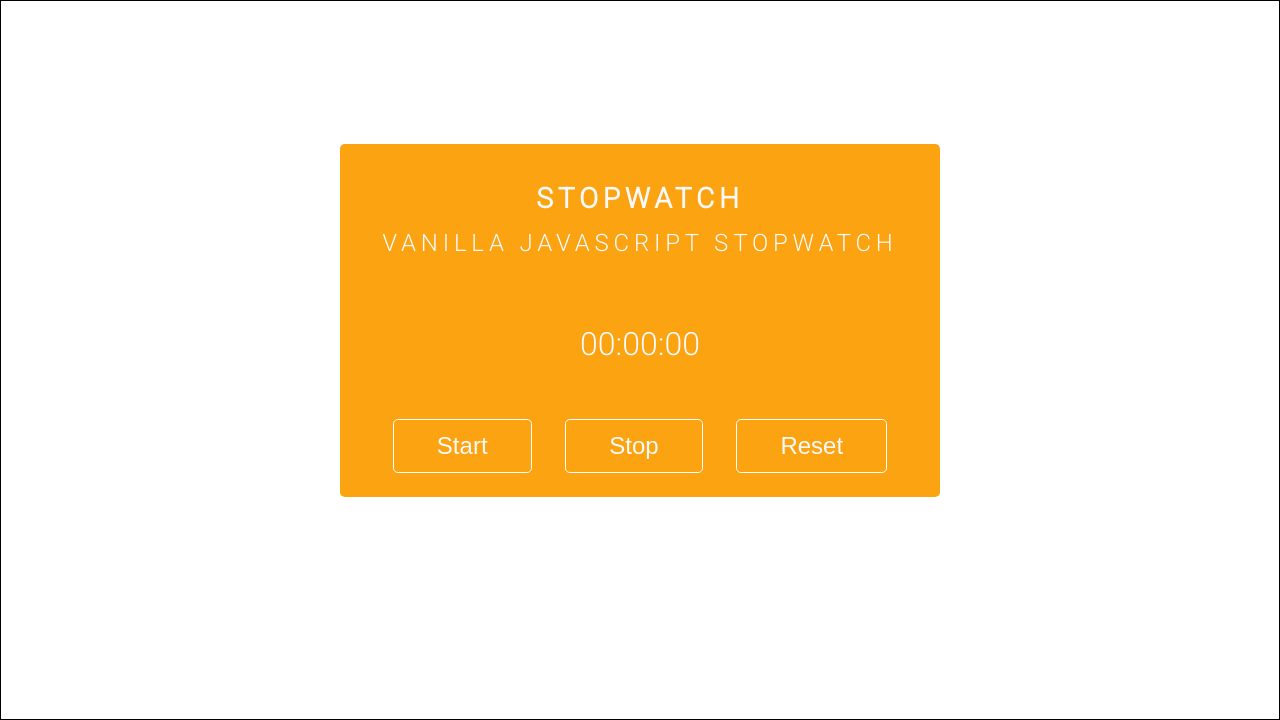
Repository: siaxiong/siaxiong.github.io
Page: doc/stopWatch.html
These files come from the project's save history. The page is drawn as it stood at one moment and after the next save; the edit follows.
The browser window is 1280 px wide. The pictures show the whole page.

Above is the page before, as saved 2021-03-10 21:20:22.

### doc/stopWatch.html
<!DOCTYPE html>
<html lang="en">

<head>
    <meta charset="UTF-8">
    <meta http-equiv="X-UA-Compatible" content="IE=edge">
    <meta name="viewport" content="width=device-width, initial-scale=1.0">
    <link rel="preconnect" href="https://fonts.gstatic.com">
    <link href="https://fonts.googleapis.com/css2?family=Roboto:wght@300&display=swap" rel="stylesheet">
    <title>StopWatch</title>
</head>

<style>
    * {
        box-sizing: border-box;
        padding: 0;
        margin: 0;
    }


    .container {
        border: 1px solid black;
        height: 100vh;
    }

    .stopwatch {
        margin: 0 auto;
        max-width: 600px;
        width: 100%;

        color: #f8f9fa;
        font-family: 'Roboto', sans-serif;
        text-align: center;

        font-size: 1.5rem;
        border-radius: 0.2em;

    }

    .stopwatch--orange {
        background-color: #fca311;

    }

    .stopwatch__message,
    .stopwatch__time,
    .stopwatch__buttons {
        padding: 1em 1.5em;
        /* margin: 1em 0; */
        /* border: 1px solid yellow; */
    }

    .stopwatch__message {
        overflow-wrap: break-word;
        letter-spacing: 0.2em;
        /* font-size: 1.5rem; */
    }

    .stopwatch__message>* {
        margin: 0.5em 0;

    }

    .stopwatch__buttons {
        display: flex;
        justify-content: space-around;
        flex-wrap: wrap;
    }



    .stopwatch__time {
        overflow-wrap: break-word;
        font-size: 2rem;
    }

    .stopwatch__buttons>* {
        border: 1px solid #fff;
        border-radius: 0.2em;
        padding: 0.5em 1.8em;
        font-size: inherit;
        color: inherit;
        background-color: inherit;

    }

    .stopwatch--position {
        position: absolute;
        top: 20%;
        left: 50%;
        transform: translateX(-50%);

    }

    @media only screen and (max-width: 700px) {
        .stopwatch {
            max-width: 90%;
        }
    }

    @media only screen and (max-width:500px) {
        .stopwatch__buttons>* {
            flex: 1;
        }
    }
</style>

<body>

    <!-----USE BEM METHODOLOGY-->
    <div class="container">

        <div class="stopwatch stopwatch--orange stopwatch--medium stopwatch--position">
            <div class="stopwatch__message">
                <h3>STOPWATCH</h3>
                <p>VANILLA JAVASCRIPT STOPWATCH</p>
            </div>

            <div id="stopwatch__time" class="stopwatch__time">
                00:00:00

            </div>

            <div class="stopwatch__buttons">
                <button id="stopwatch__button--start" class="stopwatch__button">
                    Start
                </button>
                <button id="stopwatch__button--stop" class="stopwatch__button">
                    Stop
                </button>
                <button id="stopwatch__button--reset"class="stopwatch__button">
                    Reset
                </button>
            </div>

        </div>

    </div>

    <script>

        let startButton = document.getElementById('stopwatch__button--start');
        let stopButton = document.getElementById('stopwatch__button--stop');
        let resetButton = document.getElementById('stopwatch__button--reset');

        let startTime;
        let elapsedTime = 0;
        let timerInterval;

        startButton.addEventListener("click", start);
        stopButton.addEventListener("click", stop);
        resetButton.addEventListener("click", reset);



        function start(){
            startTime = Date.now() - elapsedTime;
            timerInterval = setInterval(function printTime(){
                elapsedTime = Date.now() - startTime;
                print(timeToString(elapsedTime));
            }, 10)
        }

        function stop(){
            clearInterval(timerInterval);
        }

        function reset(){
            clearInterval(timerInterval);
            print("00:00:00");
            elapsedTime = 0;
        }

        function print(txt){
            document.getElementById("stopwatch__time").innerHTML = txt;
        }

        function timeToString(time) {

            let diffInHrs = time / 3600000;
            let hh = Math.floor(diffInHrs)

            let diffInMin = (diffInHrs - hh) * 60;
            let mm = Math.floor(diffInMin)

            let diffInSec = (diffInMin - mm) * 60;
            let ss = Math.floor(diffInSec);

            let DiffInMs = (diffInSec - ss) * 100;
            let ms = Math.floor(DiffInMs);


            let formattedMM = mm.toString().padStart(2, "0");
            let formattedSS = ss.toString().padStart(2, "0");
            let formattedMS = ms.toString().padStart(2, "0");


            return `${formattedMM}:${formattedSS}:${formattedMS}`;
        }




    </script>


</body>

</html>

After the next save:
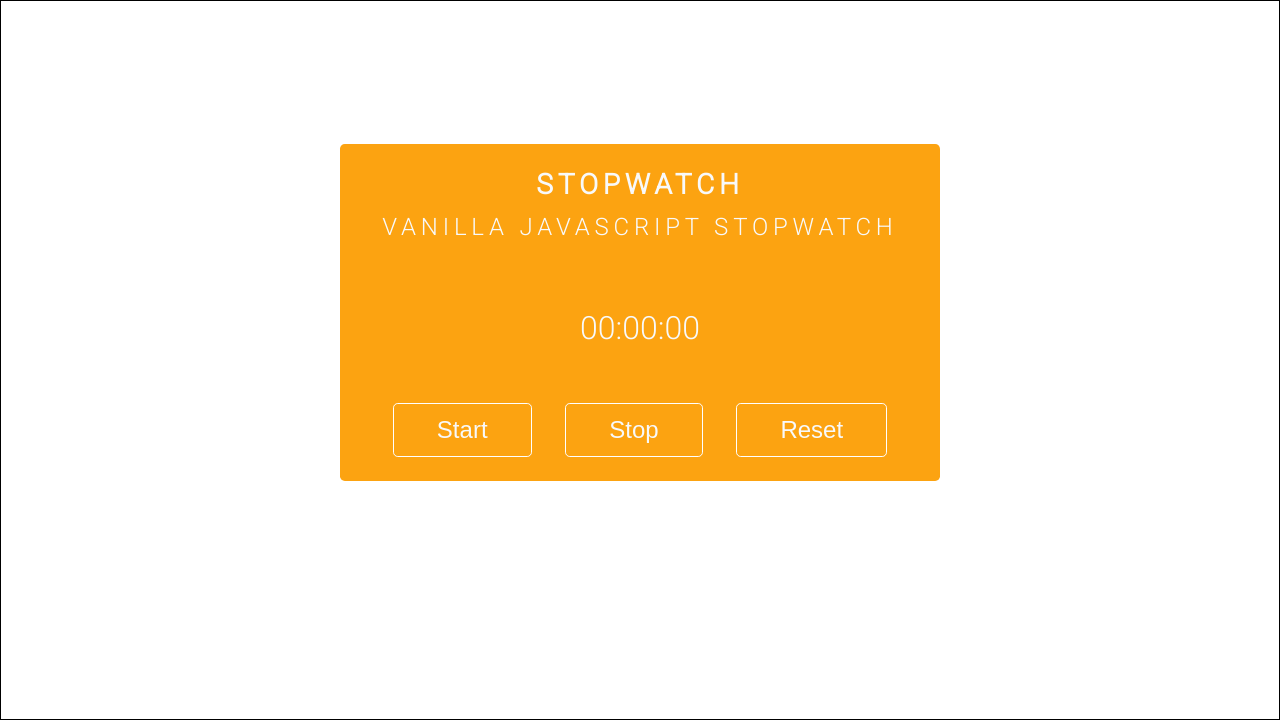
Saved 12 min 29 s later.
--- a/doc/stopWatch.html
+++ b/doc/stopWatch.html
@@ -56,7 +56,7 @@
         /* font-size: 1.5rem; */
     }
 
-    .stopwatch__message>* {
+    .stopwatch__message>* + *{
         margin: 0.5em 0;
 
     }
